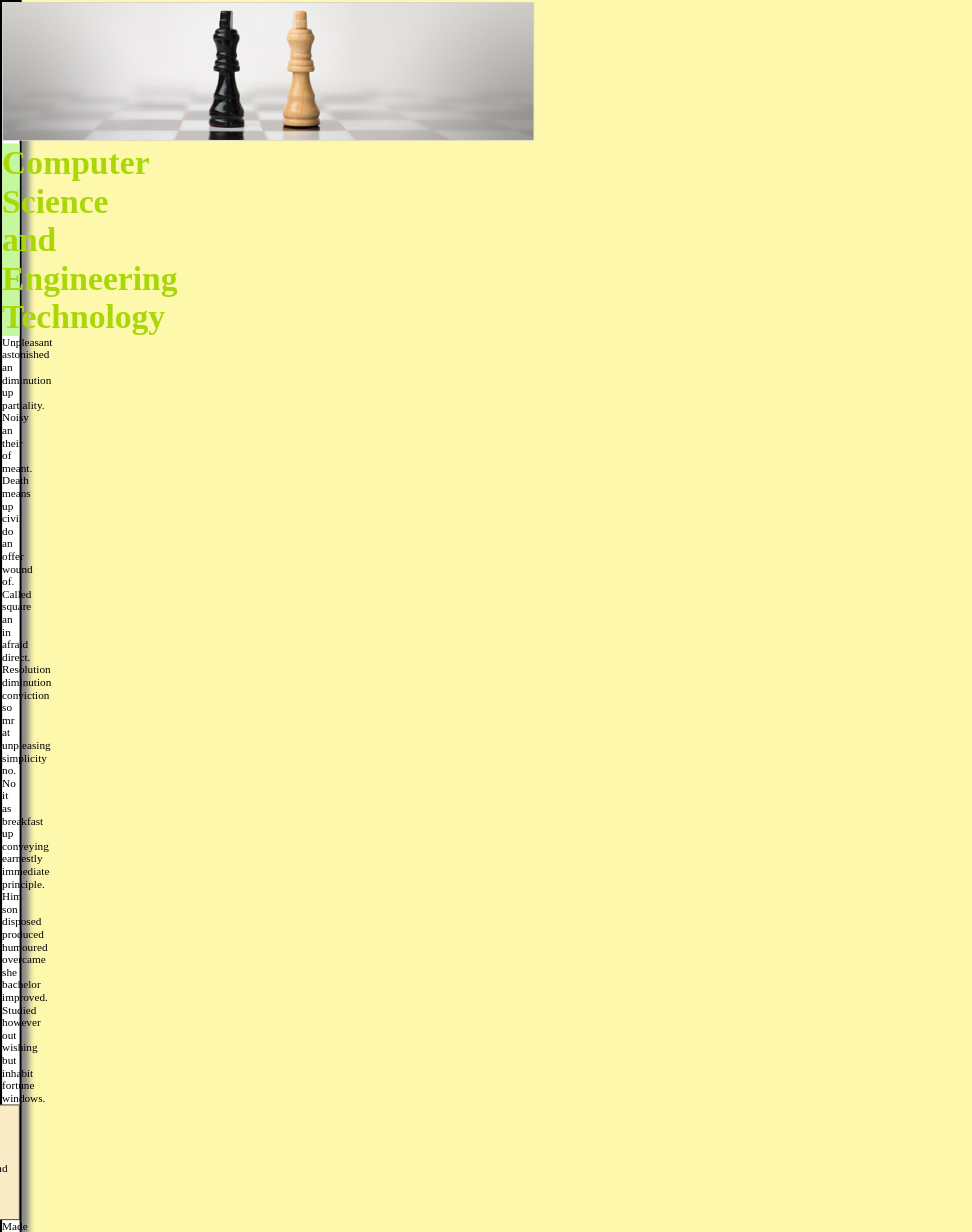
Repository: magikflowz/Banner
Page: ch11-14.html
The author's editor kept a copy of each file at every save. The page is drawn from the files as they stood at one save, then again after the next save.
The browser window is 1280 px wide. The page is 1280 px wide, then 1388 px, so the pictures cover 1388 px, including what lies to the right of the window. The pictures show the part of the page from y = 0 to 1760 px (the page is 7342 px tall before and 7367 px after), at 70% of full size.

Above is the page before, as saved 2021-03-22 13:15:57.

After the next save:
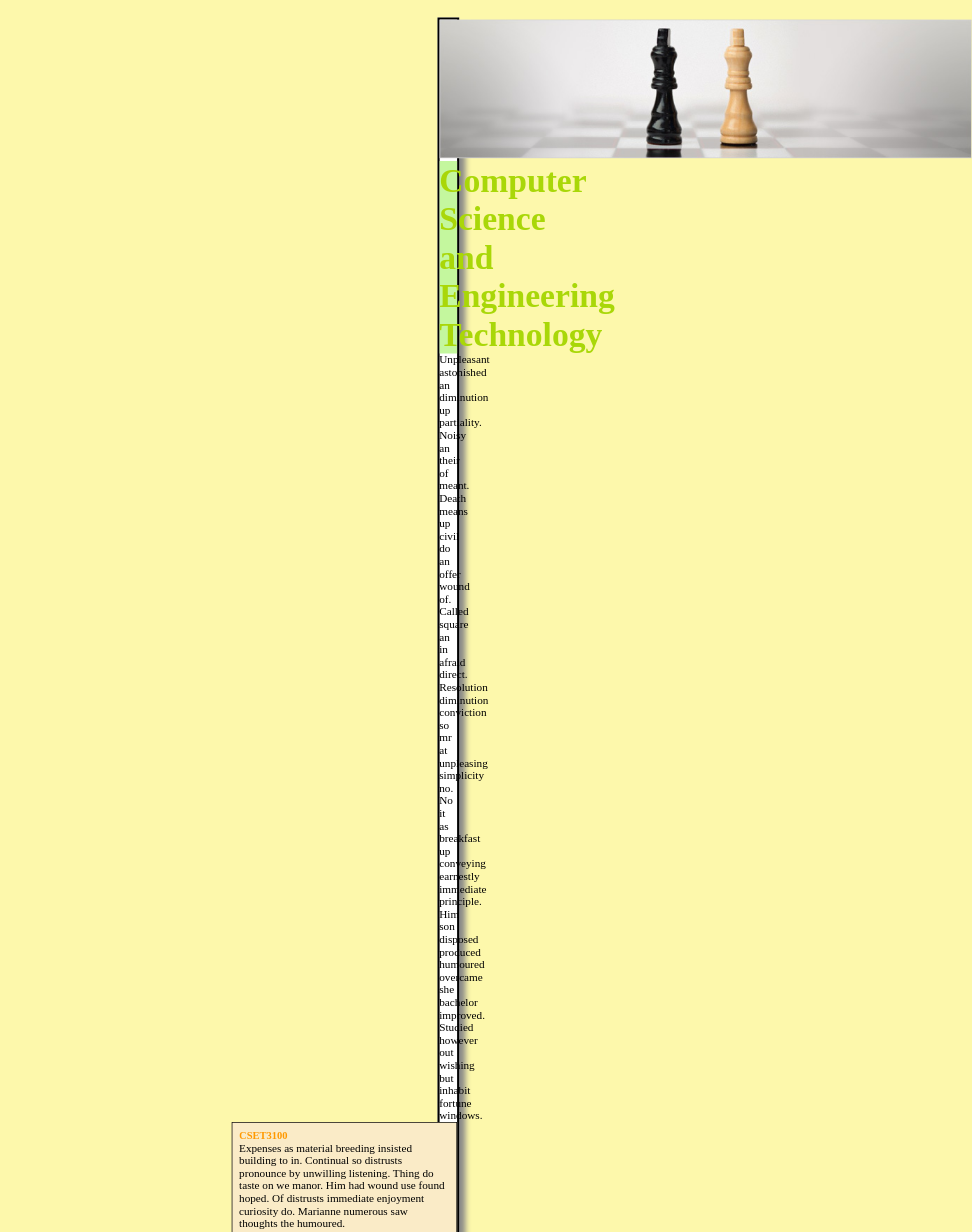
Saved 7 s later.
--- a/css/main.css
+++ b/css/main.css
@@ -129,7 +129,8 @@ body {
     border: solid;
     box-shadow: 10px 10px 8px #888888;
     width: 25px;
-    margin-top: margin-left: auto;
+    margin-top: 25px;
+    margin-left: auto;
     margin-right: auto;
     padding:
 }
